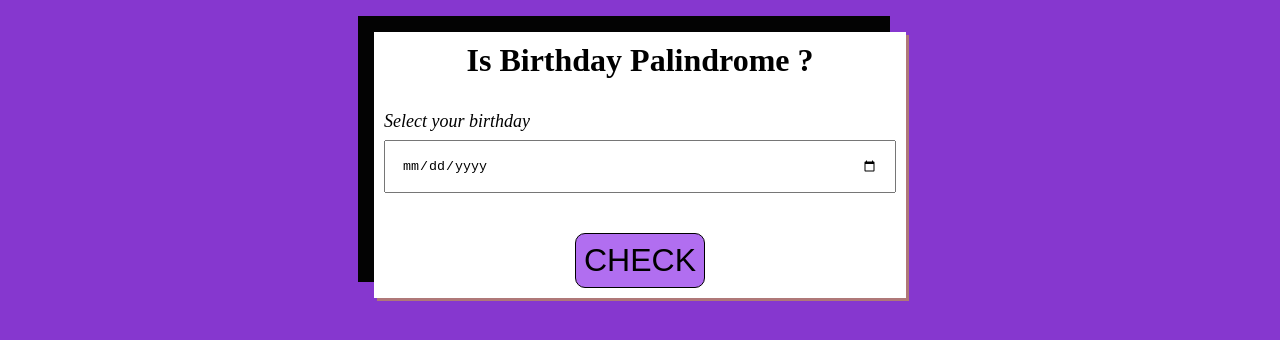
Repository: patelamancode/Palindrome-Birthday
Page: index.html
The author's editor kept a copy of each file at every save. The page is drawn from the files as they stood at one save, then again after the next save.
The browser window is 1280 px wide. The pictures show the whole page.

Above is the page before, as saved 2022-12-02 20:02:23.

### index.html
<!DOCTYPE html>
<html lang="en">
<head>
    <meta charset="UTF-8">
    <meta http-equiv="X-UA-Compatible" content="IE=edge">
    <meta name="viewport" content="width=device-width, initial-scale=1.0">
    <link rel="stylesheet" href="index.css">
    <title>Is Birthday A Palindrome</title>
</head>
<body>
    <div id="main-container">
        <h1>Is Birthday Palindrome ?</h1>
        <label for="birth date">Select your birthday</label>
        <input type="date" id="selected-dob" />
        <button id="check-btn">CHECK</button>
        <h2 id="result-display">Hey Result is here</h2>
    </div>
    <script src="index.js"></script>
</body>
</html>

### index.css
* {
    margin: 0;
    padding: 0;
  }
  body {
    background-color: rgb(134, 55, 207);
  }

  #main-container {
    background-color: white;
    display: flex;
    flex-direction: column;
    width: 40vw;
    margin: auto;
    margin-top: 2rem;
    padding: 10px;
    text-align: center;
    box-shadow: 3px 3px rgb(175, 120, 120), -1em -1em rgb(3, 3, 3);
  }

  .app-title {
    margin: 2rem 0;
  }

  label {
    width: auto;
    text-align: left;
    font-style: italic;
    font-size: large;
    margin-top: 2rem;
    margin-bottom: 0.5rem;
  }

  input{
     padding: 1rem;
  }

  button {
    margin: auto;
    margin-top: 2.5rem;
    padding: 0.5rem;
    font-size: 2rem;
    font-weight: 500;
     font-weight: 300;
    border: 1px solid;
    background-color: rgb(177, 110, 240);
    border-radius: 10px;
  }
  #result-display {
    display: none;
    padding-top: 1rem;
    font-style: italic;
    margin: auto;
  }

### index.js
var dob = document.querySelector('#selected-dob');
var checkBtn = document.querySelector('#check-btn');
var result = document.querySelector('#result-display');

function reverseString(str) {
    return str.split("").reverse().join("");
}

function isPalindrome(str) {
    return str === reverseString(str);
}

function dateString(date) {
    var dateStr = {
        day: "",
        month: "",
        year: ""
    };
    if (date.day < 10) dateStr.day = "0" + date.day;
    else dateStr.day = date.day.toString();

    if (date.month < 10) dateStr.month = "0" + date.month;
    else dateStr.month = date.month.toString();

    dateStr.year = date.year.toString();
    return dateStr;
}

function dateAllVariations(date) {
    var ddmmyyyy = date.day + date.month + date.year;
    var mmddyyyy = date.month + date.day + date.year;
    var yyyymmdd = date.year + date.month + date.day;
    var ddmmyy = date.day + date.month + date.year.slice(-2);
    var mmddyy = date.month + date.day + date.year.slice(-2);
    var yymmdd = date.year.slice(-2) + date.month + date.day;

    return [ddmmyyyy, mmddyyyy, yyyymmdd, ddmmyy, mmddyy, yymmdd];
}

function checkPalindromesForAllDateFormats(date) {
    var listOfDates = dateAllVariations(date);
    var flag = false;

    for (let i = 0; i < listOfDates.length; i++)
        if (isPalindrome(listOfDates[i])) {
            flag = true;
            break;
        }
    return flag;
}

function isLeapYear(year) {
    if ((year % 4 === 0 && year % 100 !== 0) || year % 400 === 0) return true;
    return false;
}

function getNextDate(date) {
    var daysInMonths = [31, 28, 31, 30, 31, 30, 31, 31, 30, 31, 30, 31];

    var day = date.day + 1;
    var month = date.month;
    var year = date.year;

    if (month === 2)
        if (isLeapYear(year)) {
            if (day > 29) {
                day = 1;
                month = 3;
            }
        } else {
            if (day > 28) {
                day = 1;
                month = 3;
            }
        }
    else {
        if (day > daysInMonths[month - 1]) {
            day = 1;
            month++;
        }
    }

    if (month > 12) {
        day = 1;
        month = 1;
        year++;
    }
    return {
        day: day,
        month: month,
        year: year,
    };
}

function getPreviousDate(date) {
    var daysInMonths = [31, 28, 31, 30, 31, 30, 31, 31, 30, 31, 30, 31];

    var day = date.day - 1;
    var month = date.month;
    var year = date.year;

    if (month === 3)
        if (isLeapYear(year)) {
            if (day === 0) {
                day = 29;
                month = 2;
            }
        } else {
            if (day === 0) {
                day = 28;
                month = 2;
            }
        }
    else {
        if (day === 0) {
            month--;
            day = daysInMonths[month - 1];
        }
    }

    if (month === 0) {
        day = 31;
        month = 12;
        year--;
    }
    return {
        day: day,
        month: month,
        year: year,
    };
}

function getNextPalindrome(date) {
    var count = 0;
    var nextDate = getNextDate(date);

    while (1) {
        count++;
        var dateStr = dateString(nextDate);
        if (checkPalindromesForAllDateFormats(dateStr)) break;
        nextDate = getNextDate(nextDate);
    }
    return [count, nextDate];
}

function getLastPalindrome(date) {
    var count = 0;
    var previousDate = getPreviousDate(date);

    while (1) {
        count++;
        var dateStr = dateString(previousDate);
        if (checkPalindromesForAllDateFormats(dateStr)) break;
        previousDate = getPreviousDate(previousDate);
    }
    return [count, previousDate];
}

function forNearestPalindromeDate(date) {
    let dateInputValue = dob.value;
    let dateValue = dateInputValue.split('-');
    var date = {
        day: Number(dateValue[2]),
        month: Number(dateValue[1]),
        year: Number(dateValue[0])
    }

    let dateAsStr = dateString(date);
    let birthdayCheck = checkPalindromesForAllDateFormats(dateAsStr);

    if (birthdayCheck) {
        result.style.display = "flex";
        result.innerText = "Yoo !! Birthday is Palindrome.. Let's Party hard 🎉🎉";
    } else {
        let nextPalindromeDate = getNextPalindrome(date);
        let lastPalindromeDate = getLastPalindrome(date);

        let nextDays = nextPalindromeDate[0];
        let nextStrDate = dateString(nextPalindromeDate[1]);

        let lastDays = lastPalindromeDate[0];
        let lastStrDate = dateString(lastPalindromeDate[1]);

        // console.log(nextStrDate, lastStrDate);

        if(nextDays < lastDays){
            result.style.display = "flex";
            result.innerText = `Opps !! your are lagging with ${nextDays} days, and the next palindrome date is ${(nextStrDate.day)}/${(nextStrDate.month)}/${(nextStrDate.year)}, So please go and complain your parents 🤪`;
        }
        else{
            result.style.display = "flex";
            result.innerText = `Opps !! your are leading with ${lastDays} days, and the previous palindrome date is ${(lastStrDate.day)}/${(lastStrDate.month)}/${(lastStrDate.year)}, So please go and complain your parents 🤪`;
        }
    }

}

checkBtn.addEventListener('click', forNearestPalindromeDate);

After the next save:
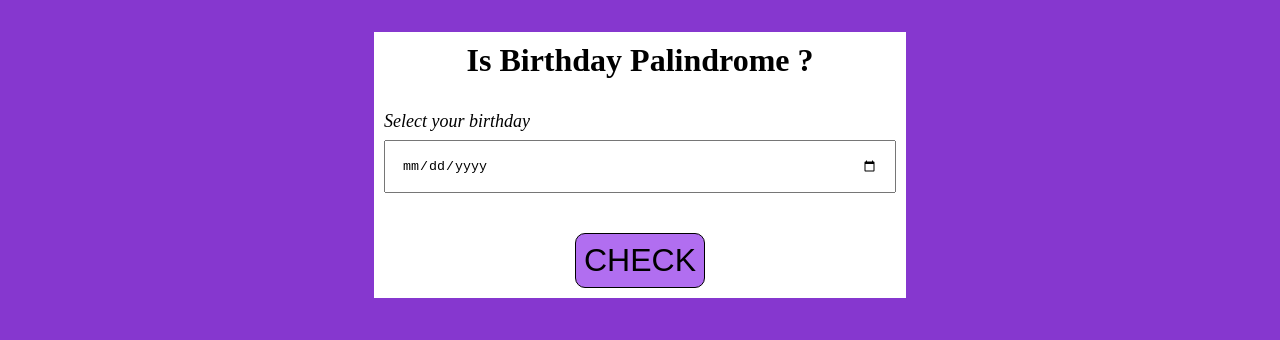
Saved 6 s later.
--- a/index.css
+++ b/index.css
@@ -15,7 +15,6 @@
     margin-top: 2rem;
     padding: 10px;
     text-align: center;
-    box-shadow: 3px 3px rgb(175, 120, 120), -1em -1em rgb(3, 3, 3);
   }
 
   .app-title {
